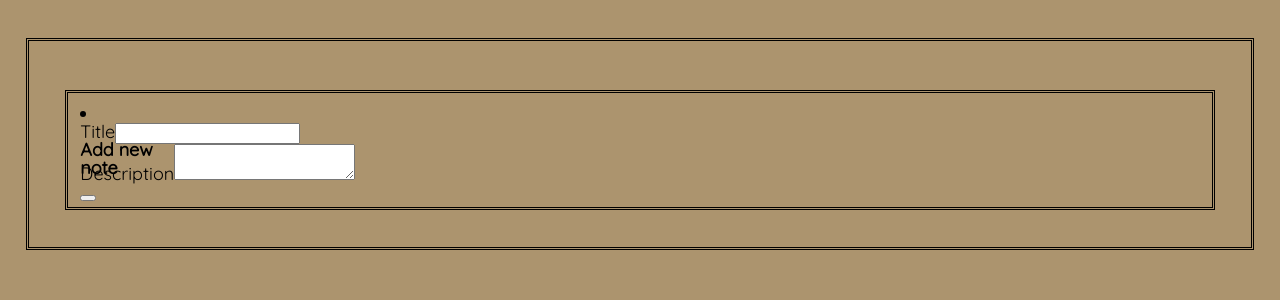
Repository: rickypcyt/ricky-react-portfolio
Page: /NotesJS
The author's editor kept a copy of each file at every save. The page is drawn from the files as they stood at one save, then again after the next save.
The browser window is 1280 px wide. The pictures show the whole page.
The project was rebuilt for these pictures with package versions that can differ from the ones it lists, and the page was loaded fresh each time. Also part of the build but not shown: src/Content.js, src/pages/Info.js, src/pages/Projects.js, src/pages/Contact.js, src/pages/WebMural.js.

Above is the page before, as saved 2022-09-12 12:21:03.

After the next save:
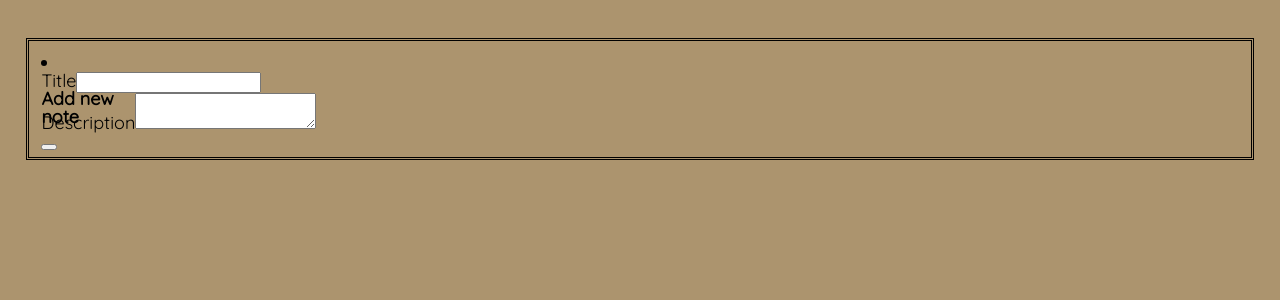
Saved 8 s later.
--- a/src/pages/NotesJS.js
+++ b/src/pages/NotesJS.js
@@ -1,6 +1,6 @@
 export default function Info() {
   return (
-    <body className="BodyNotes">
+    <main className="BodyNotes">
       <div class="popup-box">
         <div class="popup">
           <div class="content">
@@ -32,6 +32,6 @@ export default function Info() {
       </div>
 
       <script src="script.js"></script>
-    </body>
+    </main>
   );
 }
